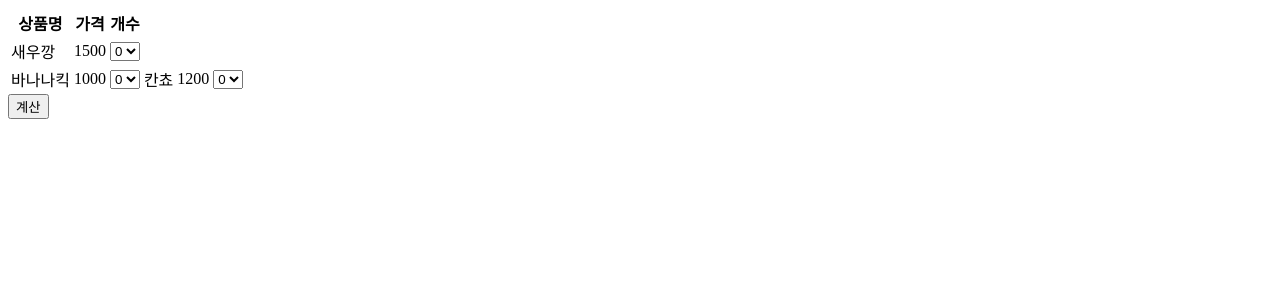
Repository: PARKJONGSUN88/multicampus_study
Page: 3-7. jsp, servletStudy Study/1. 실습/workspace2/web1/WebContent/product.html
These files come from the project's save history. The page is drawn as it stood at one moment and after the next save; the edit follows.
The browser window is 1280 px wide. The pictures show the whole page.

Above is the page before, as saved 2019-06-28 06:44:21.

After the next save:
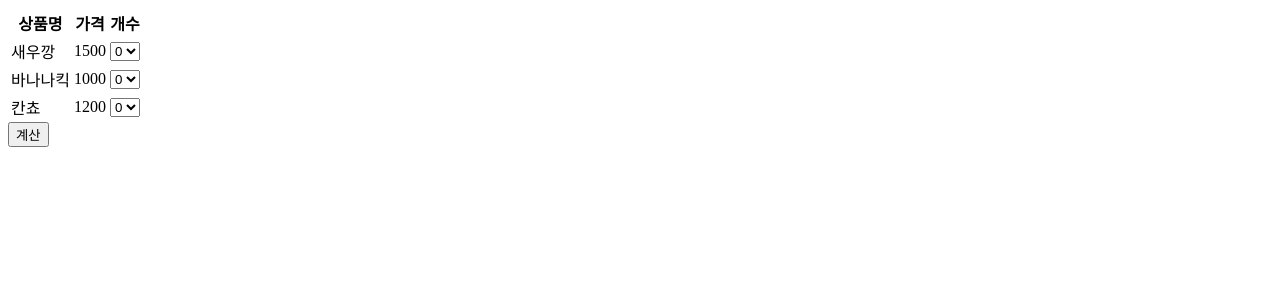
Saved 14 s later.
--- a/3-7. jsp, servletStudy Study/1. 실습/workspace2/web1/WebContent/product.html
+++ b/3-7. jsp, servletStudy Study/1. 실습/workspace2/web1/WebContent/product.html
@@ -12,9 +12,12 @@
 <tr>
 	<td>새우깡</td><td>1500</td><td><select><option>0</option><option>1</option><option>2</option><option>3</option><option>4</option><option>5</option></select></td>
 </tr>
+<tr>
 	<td>바나나킥</td><td>1000</td><td><select><option>0</option><option>1</option><option>2</option><option>3</option><option>4</option><option>5</option></select></td>
+</tr>
+<tr>
 	<td>칸쵸</td><td>1200</td><td><select><option>0</option><option>1</option><option>2</option><option>3</option><option>4</option><option>5</option></select></td>
-
+</tr>
 </table>
 <input type="submit" value="계산">
 
